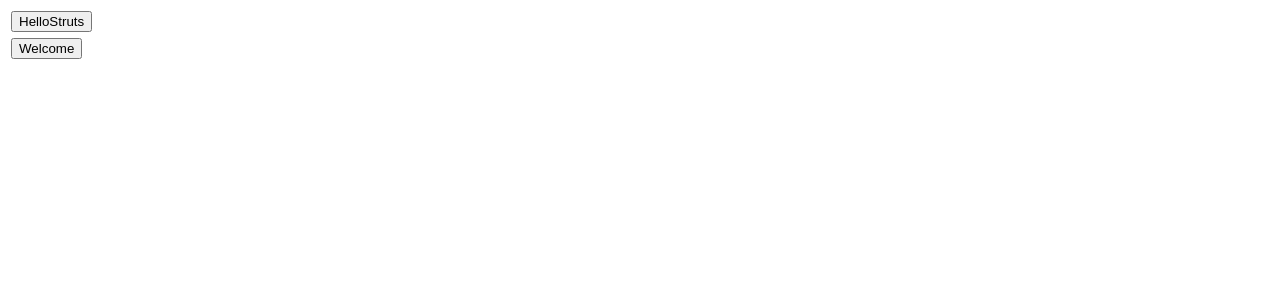
Repository: 0606kuramotomiho/test
Page: http://localhost/Webproj3/
These files come from the project's save history. The page is drawn as it stood at one moment and after the next save; the edit follows.
The browser window is 1280 px wide. The pictures show the whole page.
The page is served by Tomcat 9.

Above is the page before, as saved 2018-07-10 01:47:03.

After the next save:
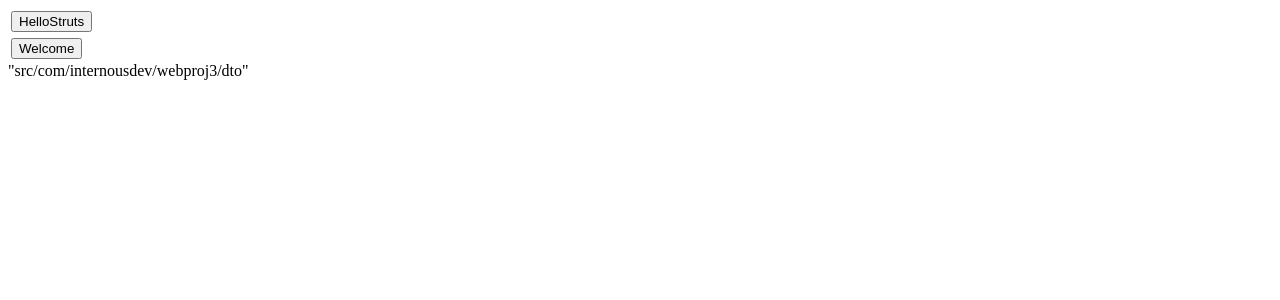
Saved 17 min 41 s later.
--- a/Webproj3/WebContent/index.jsp
+++ b/Webproj3/WebContent/index.jsp
@@ -14,7 +14,9 @@
 
 <s:form action="WelcomeAction">
 	<s:submit value="Welcome"/>
-</s:form>
+</s:form>"src/com/internousdev/webproj3/dto"
+
+
 
 
 </body>

After the save that followed:
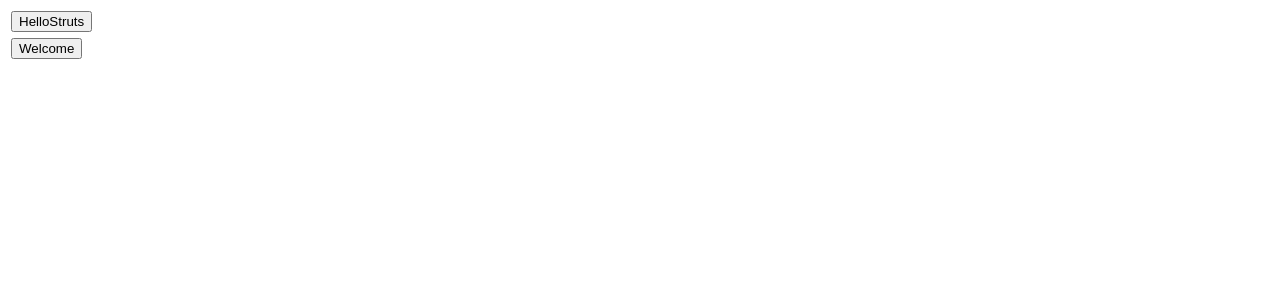
Saved 4 min 17 s later.
--- a/Webproj3/WebContent/index.jsp
+++ b/Webproj3/WebContent/index.jsp
@@ -14,7 +14,7 @@
 
 <s:form action="WelcomeAction">
 	<s:submit value="Welcome"/>
-</s:form>"src/com/internousdev/webproj3/dto"
+</s:form>
 
 
 
